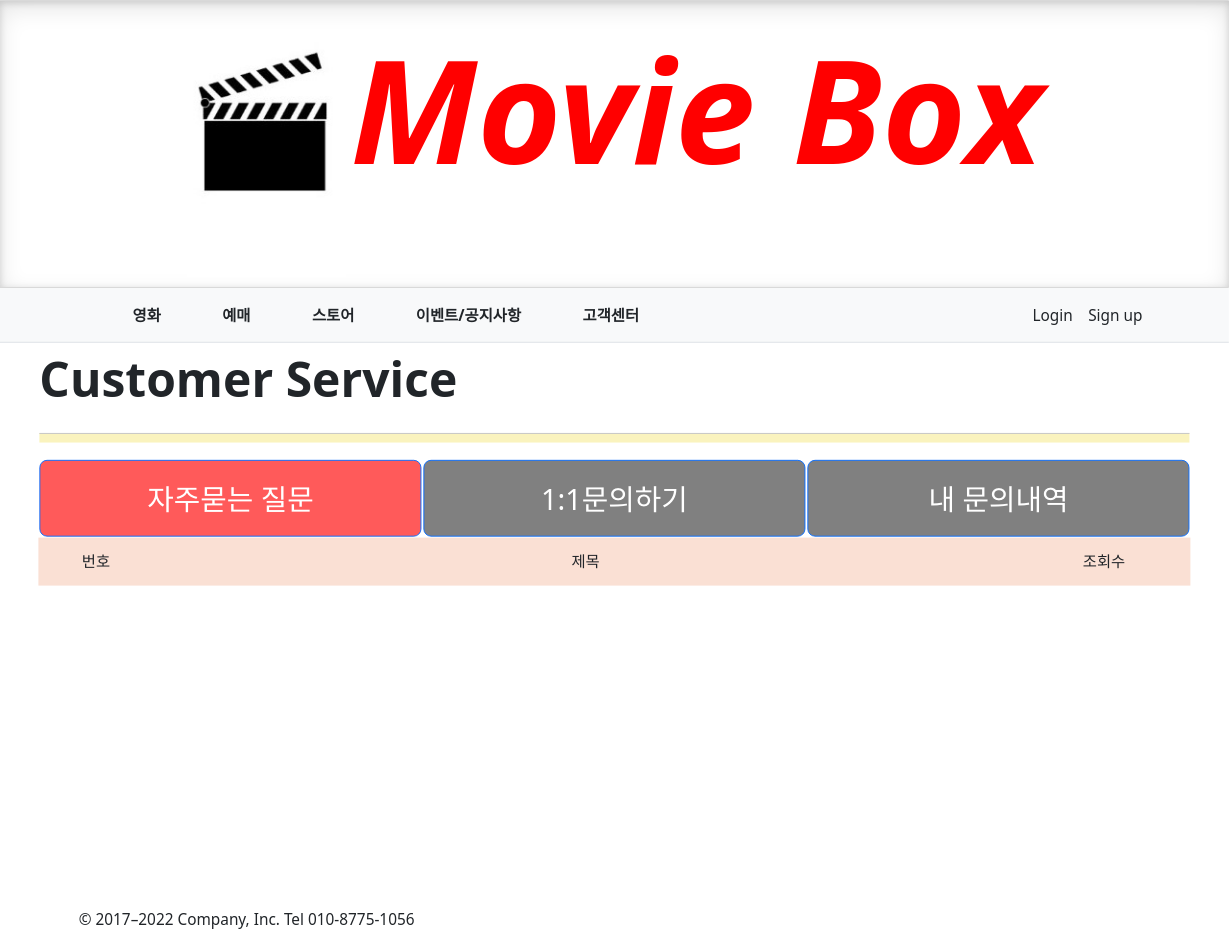
Repository: SpearManCN/MovieBox-2nd-Project-
Page: http://localhost/prj_01/WEB-INF/views/serviceQnAList.jsp
These files come from the project's save history. The page is drawn as it stood at one moment and after the next save; the edit follows.
The browser window is 1280 px wide. The pictures show the whole page, at 96% of full size.
The page is served by Tomcat 9. Nobody is signed in. The template is opened directly, without the code that normally fills it, so the values that code supplies are empty.

Above is the page before, as saved 2022-12-13 16:19:34.

After the next save:
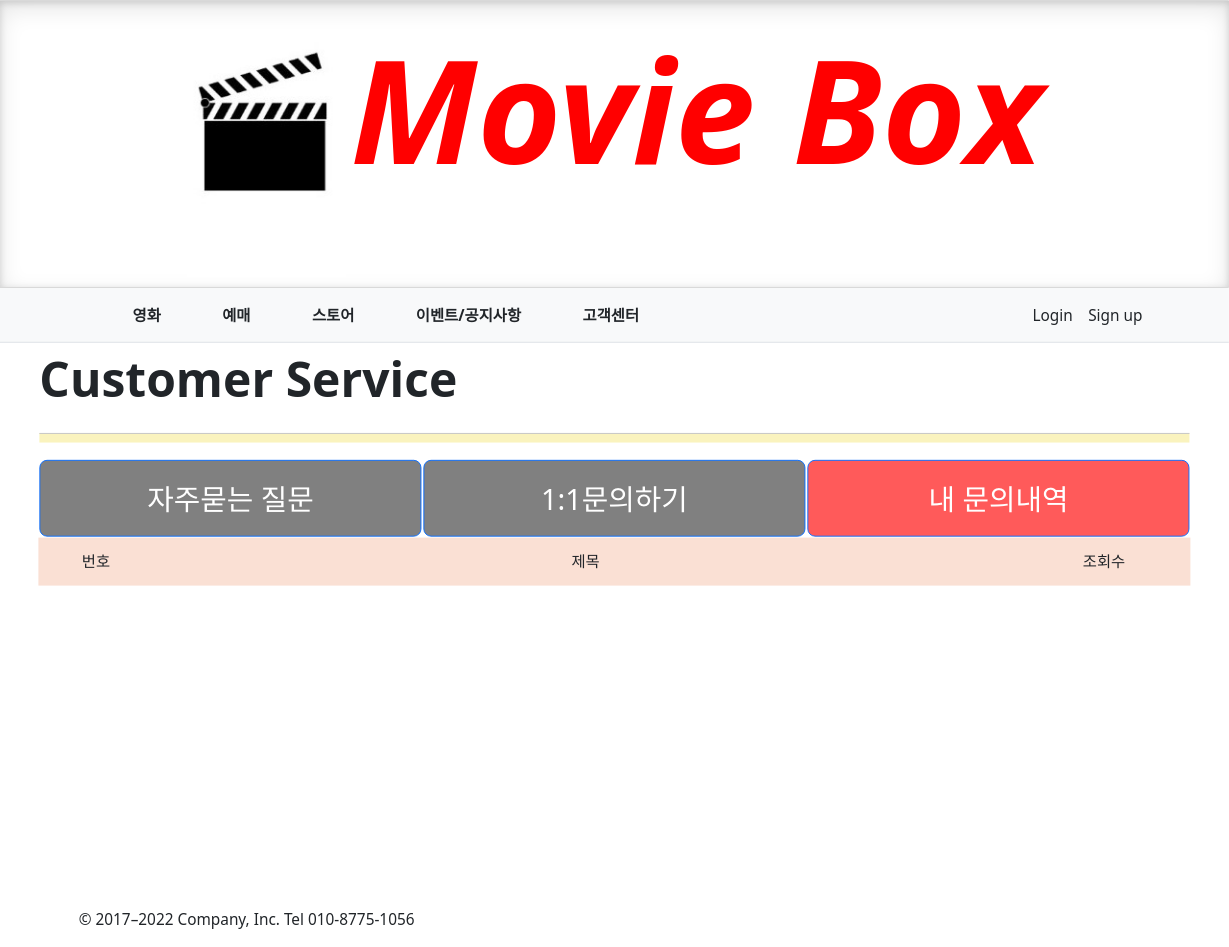
Saved 3 min 26 s later.
--- a/Second project/prj_01/src/main/webapp/WEB-INF/views/serviceQnAList.jsp
+++ b/Second project/prj_01/src/main/webapp/WEB-INF/views/serviceQnAList.jsp
@@ -35,13 +35,13 @@
 
 <table align="center" width="1200px">
 	<tr>
-	<td width="220px"><button onclick="goServiceForm();" type="button" class="btn btn-primary btn-lg" style="width:100%; height:80px; background-color:#FF5A5A;">
+	<td width="220px"><button onclick="goServiceForm();" type="button" class="btn btn-primary btn-lg" style="width:100%; height:80px; background-color:gray;">
 	<span style="font-size:30px; ">자주묻는 질문</span></button></td>
 
 	<td width="220px"><button onclick="goQnA();" type="button" class="btn btn-primary btn-lg" style="width:100%; height:80px; background-color:gray;">
 	<span style="font-size:30px; font-weight:;">1:1문의하기</span></button></td>
 
-	<td width="220px"><button onclick="goQnAList();" type="button" class="btn btn-primary btn-lg" style="width:100%; height:80px; background-color:gray;">
+	<td width="220px"><button onclick="goQnAList();" type="button" class="btn btn-primary btn-lg" style="width:100%; height:80px; background-color:#FF5A5A;">
 	<span style="font-size:30px; font-weight:;">내 문의내역</span></button></td>
 
 	</tr>
